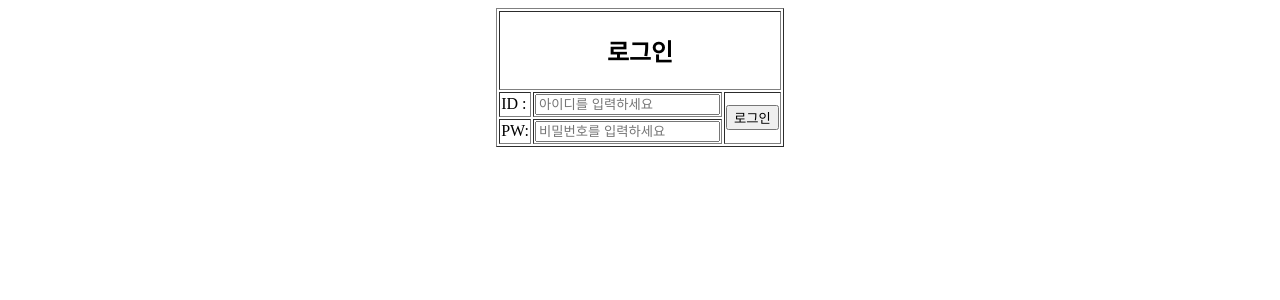
Repository: umhayun/myJSP
Page: HTML/src/main/webapp/login.html
These files come from the project's save history. The page is drawn as it stood at one moment and after the next save; the edit follows.
The browser window is 1280 px wide. The pictures show the whole page.

Above is the page before, as saved 2022-01-18 01:50:38.

After the next save:
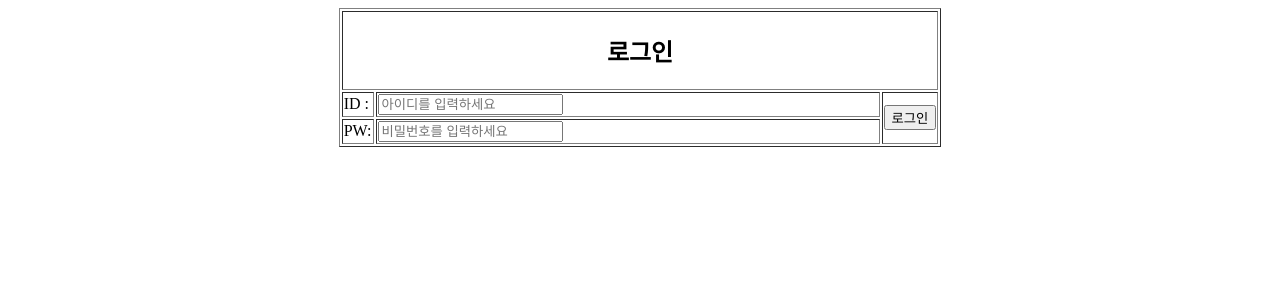
Saved 17 s later.
--- a/HTML/src/main/webapp/login.html
+++ b/HTML/src/main/webapp/login.html
@@ -18,7 +18,7 @@
 	</tr>
 	<tr>
 		<td width="20">PW: </td>
-		<td width="50"><input type="password" placeholder="비밀번호를 입력하세요"></td>
+		<td width="500"><input type="password" placeholder="비밀번호를 입력하세요"></td>
 	</tr>
 
 </table>
